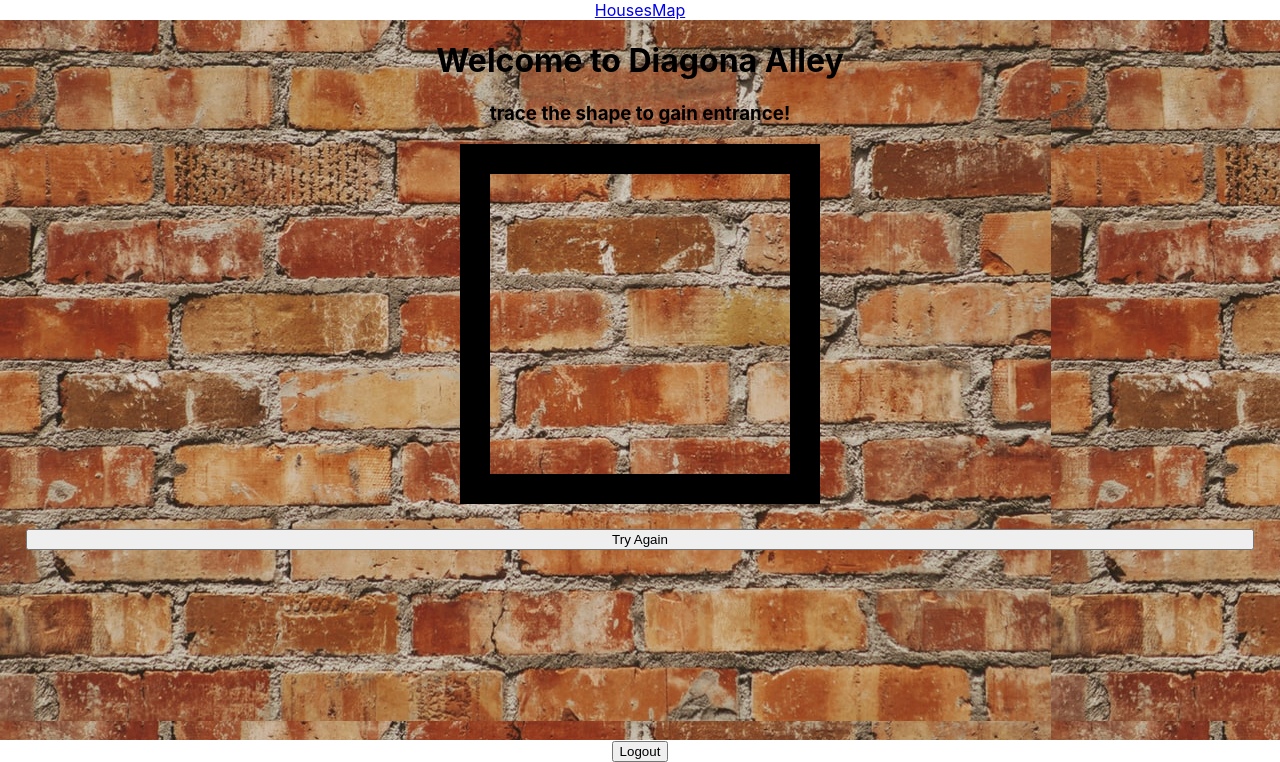
Repository: Brandon205/PotterGo
Page: /houses (app in client/)
An editor plug-in stored every save of this project. The page is shown before and after the next save, followed by the edit.
The browser window is 1280 px wide. The pictures show the whole page.
The project was rebuilt for these pictures with package versions that can differ from the ones it lists, and the page was loaded fresh each time. A package was used in the major version that the imports need, not the one package.json lists. Also part of the build but not shown: client/src/Homepage.jsx, client/src/Signup.js, client/src/Login.js, client/src/LoginPage.jsx, client/src/WandGenerator.jsx.

Above is the page before, as saved 2019-11-21 15:52:11.

After the next save:
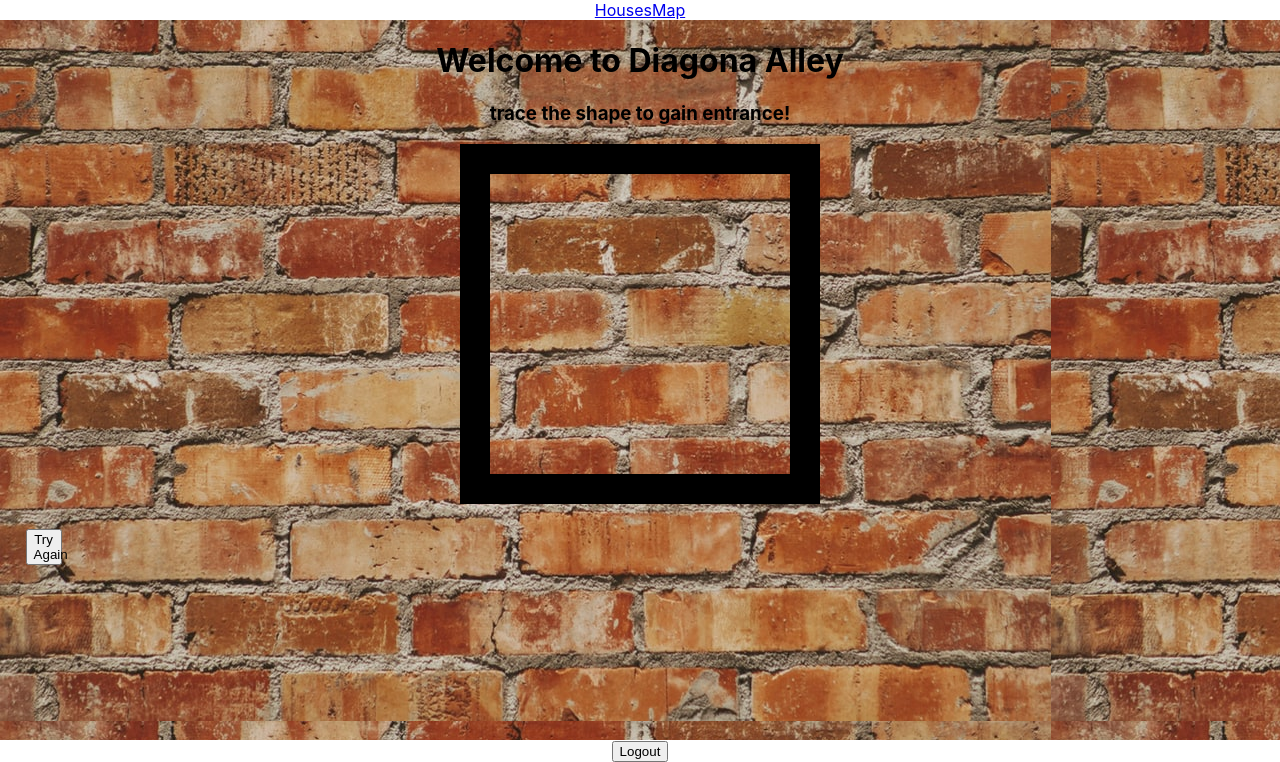
Saved 17 s later.
--- a/client/src/App.css
+++ b/client/src/App.css
@@ -48,4 +48,5 @@
 
 .tryAgain {
   margin: 2%;
+  width: 5vh;
 }
